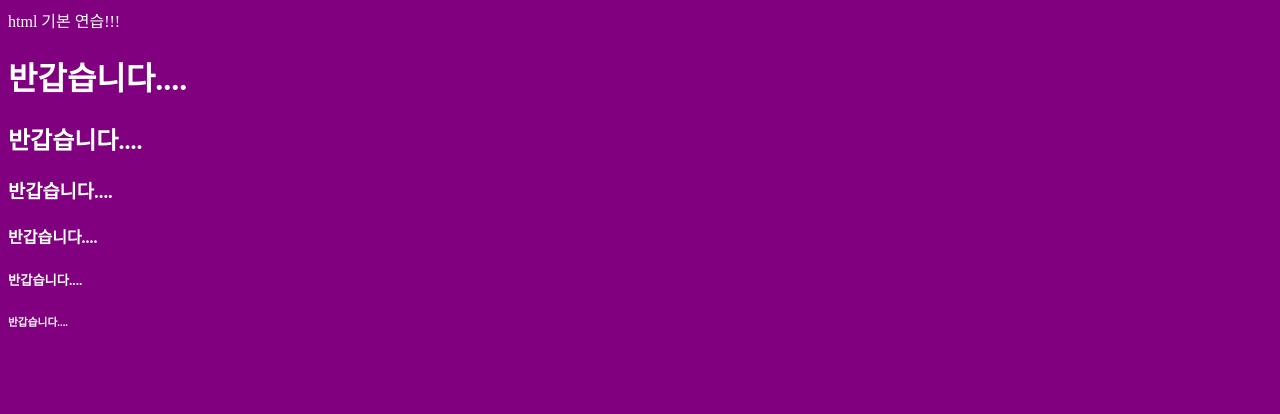
Repository: salee1023/JSP_Practice
Page: HTML_CSS_JS_practice01/src/main/webapp/html01.htm
An editor plug-in stored every save of this project. The page is shown before and after the next save, followed by the edit.
The browser window is 1280 px wide. The pictures show the whole page.

Above is the page before, as saved 2021-08-16 08:58:25.

After the next save:
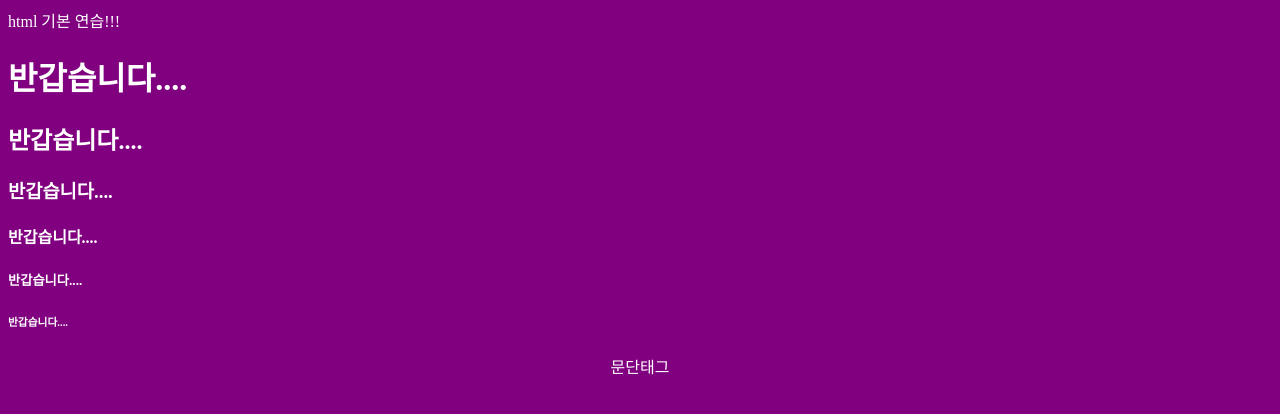
Saved 8 min 56 s later.
--- a/HTML_CSS_JS_practice01/src/main/webapp/html01.htm
+++ b/HTML_CSS_JS_practice01/src/main/webapp/html01.htm
@@ -18,10 +18,7 @@
 </head>
 <body bgcolor="purple" text="white">
 	html 기본 연습!!!<br><h1>반갑습니다....</h1>
-	<h2>반갑습니다....</h2>
-	<h3>반갑습니다....</h3>
-	<h4>반갑습니다....</h4>
-	<h5>반갑습니다....</h5>
-	<h6>반갑습니다....</h6>
+	<h2>반갑습니다....</h2><h3>반갑습니다....</h3><h4>반갑습니다....</h4><h5>반갑습니다....</h5><h6>반갑습니다....</h6>
+	<p align="center">문단태그</p>
 </body>
 </html>
